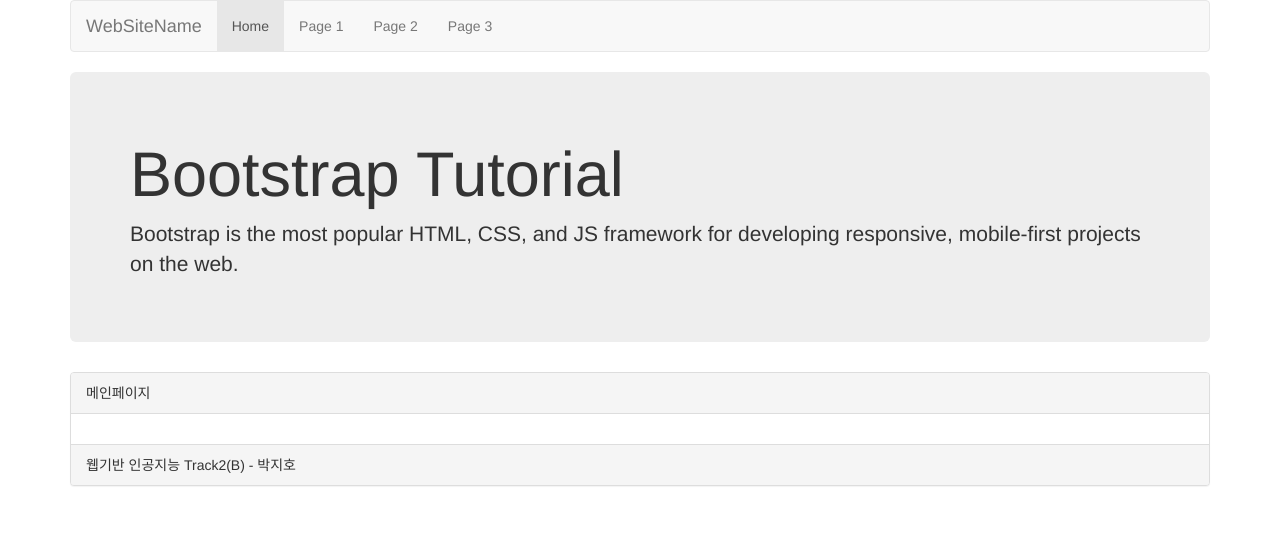
Repository: Jipumpkin/WebServer
Page: http://localhost/FrontCommandPattern/list.jsp
An editor plug-in stored every save of this project. The page is shown before and after the next save, followed by the edit.
The browser window is 1280 px wide. The pictures show the whole page.
The page is served by Tomcat 9. Other server files are loaded and not shown. The template is opened directly, without the code that normally fills it, so the values that code supplies are empty.

Above is the page before, as saved 2024-08-21 02:44:13.

### FrontCommandPattern/src/main/webapp/list.jsp
<%@page import="com.model.WMemberVO"%>
<%@page import="com.model.WMemberDAO"%>
<%@ page language="java" contentType="text/html; charset=EUC-KR"
    pageEncoding="EUC-KR"%>
<%@ taglib prefix="c" uri="http://java.sun.com/jsp/jstl/core" %>
<!DOCTYPE html>
<html>
<head>
<meta charset="EUC-KR">
<title>Insert title here</title>
<link rel="stylesheet" href="https://maxcdn.bootstrapcdn.com/bootstrap/3.4.1/css/bootstrap.min.css">
<script src="https://ajax.googleapis.com/ajax/libs/jquery/3.7.1/jquery.min.js"></script>
<script src="https://maxcdn.bootstrapcdn.com/bootstrap/3.4.1/js/bootstrap.min.js"></script>
</head>
<body>


	<div class="container">

		<nav class="navbar navbar-default">
		  <div class="container-fluid">
		    <div class="navbar-header">
		      <a class="navbar-brand" href="#">WebSiteName</a>
		    </div>
		    <ul class="nav navbar-nav">
		      <li class="active"><a href="#">Home</a></li>
		      <li><a href="#">Page 1</a></li>
		      <li><a href="#">Page 2</a></li>
		      <li><a href="#">Page 3</a></li>
		    </ul>
		  </div>
		</nav>

	    <div class="jumbotron">
		    <h1>Bootstrap Tutorial</h1>
		    <p>Bootstrap is the most popular HTML, CSS, and JS framework for developing
		    responsive, mobile-first projects on the web.</p>
	  	</div>

	 	<div class="panel panel-default">
		    <div class="panel-heading">메인페이지</div>

		    <div class="panel-body">



			<table class ="table-bordered table-hover">
<%--
				<%@ taglib prefix="fn" uri="http://java.sun.com/jsp/jstl/functions" %>
				<c:forEach var="i" begin="0" end="${fn:length(list) - 1}" step="1">
				    <tr>
				        <td>${list.get(i).id}</td>
				        <td>${list.get(i).pw}</td>
				        <td>${list.get(i).nick}</td>
				    </tr>
				</c:forEach>
--%>
				<!-- 위와 같이 fn 라이브러리를 임포트해서 하는것도 가능함 -->

                <c:forEach var="member" items="${list}">
                    <tr>
                        <td><c:out value="${member.id}"></c:out></td>
                        <td><c:out value="${member.pw}"></c:out></td>
                        <td><c:out value="${member.nick}"></c:out></td>
                    </tr>
                </c:forEach>

			</table>



		    </div>

		    <div class="panel-footer">웹기반 인공지능 Track2(B) - 박지호</div>
	  	</div>
	</div>

</body>
</html>

After the next save:
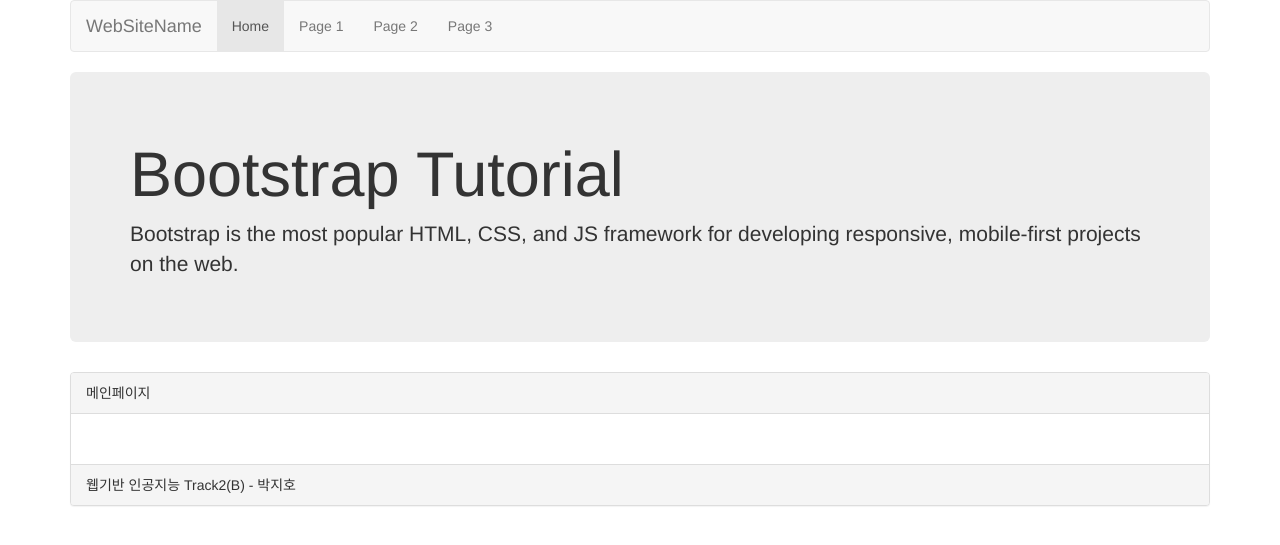
Saved 10 s later.
--- a/FrontCommandPattern/src/main/webapp/list.jsp
+++ b/FrontCommandPattern/src/main/webapp/list.jsp
@@ -44,7 +44,7 @@
 
 
 
-			<table class ="table-bordered table-hover">
+			<table class ="table table-hover">
 <%--
 				<%@ taglib prefix="fn" uri="http://java.sun.com/jsp/jstl/functions" %>
 				<c:forEach var="i" begin="0" end="${fn:length(list) - 1}" step="1">
